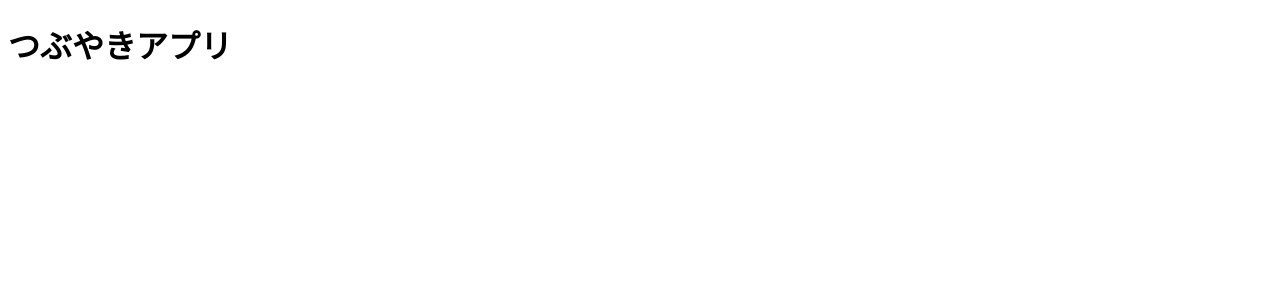
Repository: SoshiYamasaki/laravel
Page: http://localhost/tweet
The author's editor kept a copy of each file at every save. The page is drawn from the files as they stood at one save, then again after the next save.
The browser window is 1280 px wide. The pictures show the whole page.
The page is served by the project's Laravel application, run on PHP 8.4 with Laravel 10. Queries for data that is not in the repository find no rows.

Above is the page before, as saved 2023-02-22 21:23:31.

After the next save:
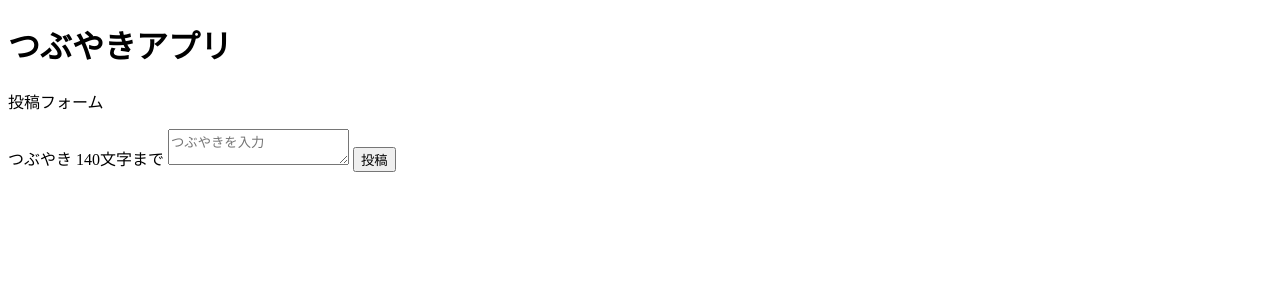
Saved 36 min 46 s later.
--- a/resources/views/tweet/index.blade.php
+++ b/resources/views/tweet/index.blade.php
@@ -8,9 +8,14 @@
 <body>
     <h1>つぶやきアプリ</h1>
     <div>
-    @foreach($tweets as $tweet)
-    <p>{{$tweet->content}}</p>
-    @endforeach
+        <p>投稿フォーム</p>
+        <form action="{{route('tweet.create')}}" method="post">
+            @csrf
+            <label for="tweet-content">つぶやき</label>
+            <span>140文字まで</span>
+            <textarea id="tweet-content" type="text" name="tweet" placeholder="つぶやきを入力"></textarea>
+            <button type="submit">投稿</button>
+        </form>
     </div>
 </body>
 </html>
